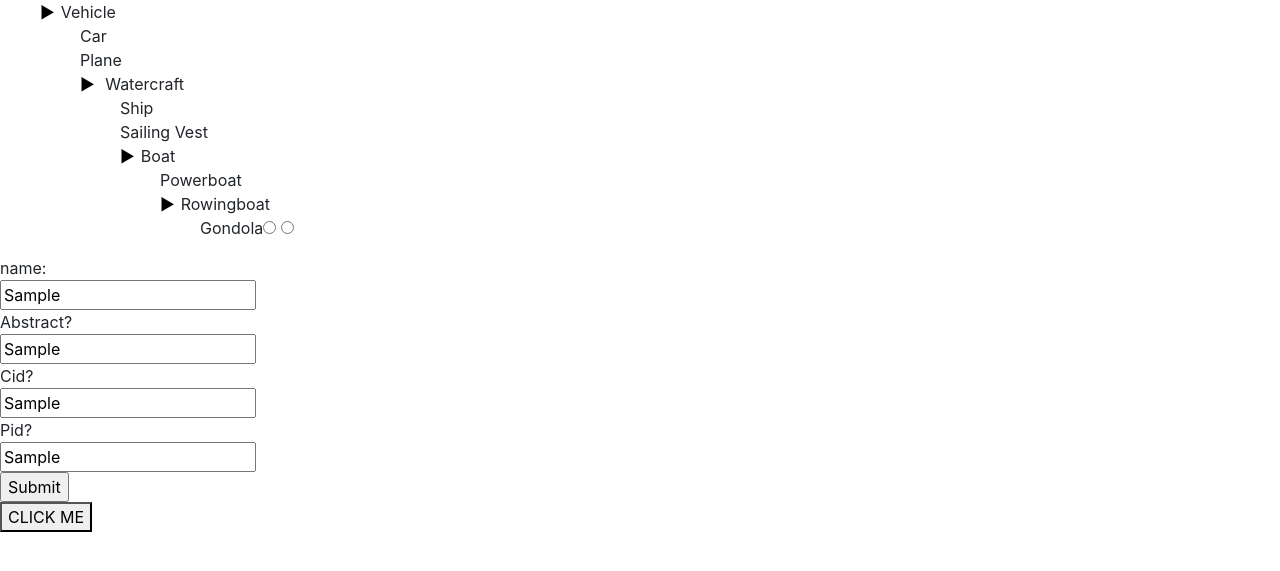
Repository: ked9268/Wonder
Page: http://localhost/cw3_mini_web_project_kjw42/WEB-INF/mainpage.jsp
The author's editor kept a copy of each file at every save. The page is drawn from the files as they stood at one save, then again after the next save.
The browser window is 1280 px wide. The pictures show the whole page.
Empty fields were first filled with sample values (such as "Sample", 5 or name@example.com).
After loading, the first visible `span.caret` was clicked once.
Some web libraries are served in a nearby version. The page is served by Tomcat 9. Nobody is signed in. Other server files are loaded and not shown. The template is opened directly, without the code that normally fills it, so the values that code supplies are empty.

Above is the page before, as saved 2020-01-07 21:38:23.

### workspaceEE/cw3_mini_web_project_kjw42/WebContent/WEB-INF/mainpage.jsp
	<%@ page language="java" contentType="text/html; charset=ISO-8859-1"
    pageEncoding="ISO-8859-1"%>
	<!DOCTYPE html PUBLIC "-//W3C//DTD HTML 4.01 Transitional//EN" "http://www.w3.org/TR/html4/loose.dtd">
<html>
	<head>
		<meta http-equiv="Content-Type" content="text/html; charset=ISO-8859-1">
		<meta charset="utf-8">
    	<meta name="viewport" content="width=device-width, initial-scale=1, shrink-to-fit=no">
		<link rel="stylesheet" href="https://maxcdn.bootstrapcdn.com/bootstrap/4.0.0/css/bootstrap.min.css"
			integrity="sha384-Gn5384xqQ1aoWXA+058RXPxPg6fy4IWvTNh0E263XmFcJlSAwiGgFAW/dAiS6JXm" crossorigin="anonymous">

		<script>
				function load(){
				window.alert("Hello World!");
				var interact = document.getElementById("Gondola");
				interact.remove();
				}
		</script>
			<style>
			.caret {
  				cursor: pointer;
  				user-select: none; /* Prevent text selection */
			}
			.caret::before {
  				content: "\25B6";
 				 color: black;
 				 display: inline-block;
 				 margin-right: 6px;
			}
			ul {
 				 list-style-type: none;
			}
			</style>
				<title>mainpage</title>
	</head>
	<body>
		<ul>
			<li>
			<a class="caret" onClick="load()">Vehicle</a>
				<ul class="nested">
					<li>Car	</li>
					<li>Plane</li>
					<li><span class="caret" onClick="test()"> Watercraft</span>
						<ul class="nested">
							<li>Ship</li>
							<li>Sailing Vest</li>
							<li><span class="caret" onClick="load()">Boat</span>
								<ul class="nested">
									<li>Powerboat</li>
									<li><span class="caret" onClick="load()">Rowingboat</span>
											<ul class="nested">
												<li id="Gondola">Gondola<input type="radio" >&nbsp<input type="radio" > </li>
											</ul>
				 						</li>
									</ul>
								</li>
							</ul>
						</li>
					</ul>
				</li>
			</ul>
		<p id="demo"> </p>

		<form action="../../controllers/extractClassInfo.java">
  				name:<br>
  				<input type="text" name="name"><br>
 			 	Abstract?<br>
  				<input type="text" name="abstract"><br>
  Cid?<br>
  <input type="text" name="cid"><br>
  Pid?<br>
  <input type="text" name="pid"><br>
		  	<input type="submit" value="Submit">
		</form>

		<script src="https://code.jquery.com/jquery-3.2.1.slim.min.js" integrity="sha384-KJ3o2DKtIkvYIK3UENzmM7KCkRr/rE9/Qpg6aAZGJwFDMVNA/GpGFF93hXpG5KkN" crossorigin="anonymous"></script>
		<script src="https://cdnjs.cloudflare.com/ajax/libs/popper.js/1.12.9/umd/popper.min.js" integrity="sha384-ApNbgh9B+Y1QKtv3Rn7W3mgPxhU9K/ScQsAP7hUibX39j7fakFPskvXusvfa0b4Q" crossorigin="anonymous"></script>
		<script src="https://maxcdn.bootstrapcdn.com/bootstrap/4.0.0/js/bootstrap.min.js" integrity="sha384-JZR6Spejh4U02d8jOt6vLEHfe/JQGiRRSQQxSfFWpi1MquVdAyjUar5+76PVCmYl" crossorigin="anonymous"></script>
		<script>
		function test(){

			var btn = document.createElement("button");   // Create a <button> element
			btn.innerHTML = "CLICK ME";                   // Insert text
			document.body.appendChild(btn);
		}
		</script>
	</body>
</html>

After the next save:
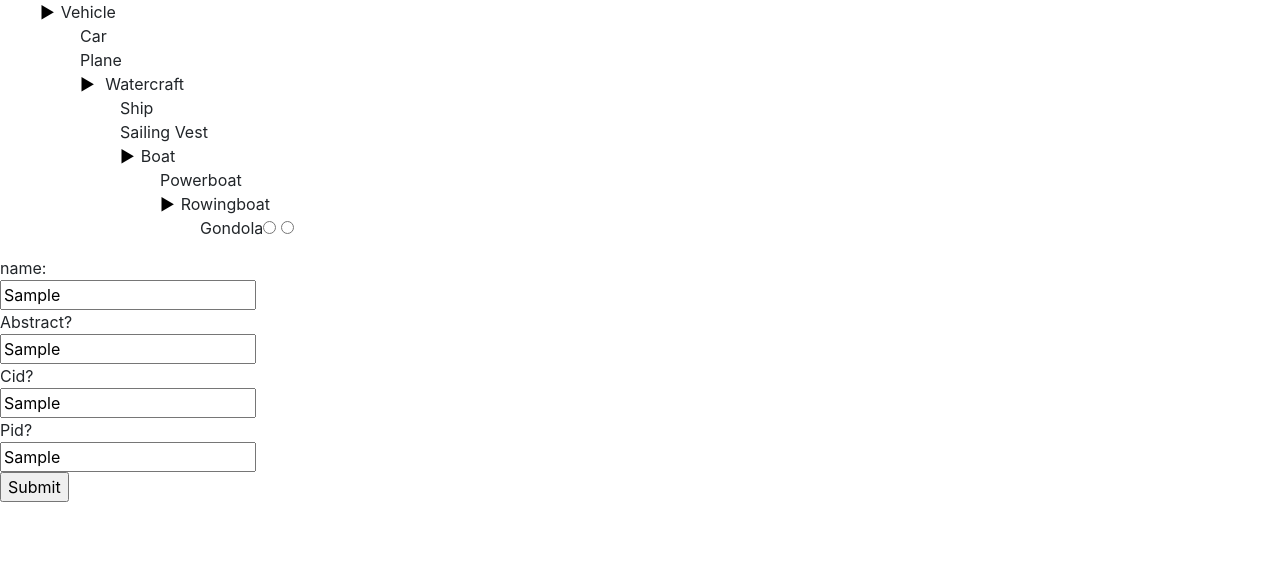
Console error: SyntaxError: Unexpected string
Saved 3 min 23 s later.
--- a/workspaceEE/cw3_mini_web_project_kjw42/WebContent/WEB-INF/mainpage.jsp
+++ b/workspaceEE/cw3_mini_web_project_kjw42/WebContent/WEB-INF/mainpage.jsp
@@ -79,8 +79,7 @@
 		<script>
 		function test(){
 
-			var btn = document.createElement("button");   // Create a <button> element
-			btn.innerHTML = "CLICK ME";                   // Insert text
+			var btn2 "Hello World!";                 // Insert text
 			document.body.appendChild(btn);
 		}
 		</script>

After the 2 saves that followed:
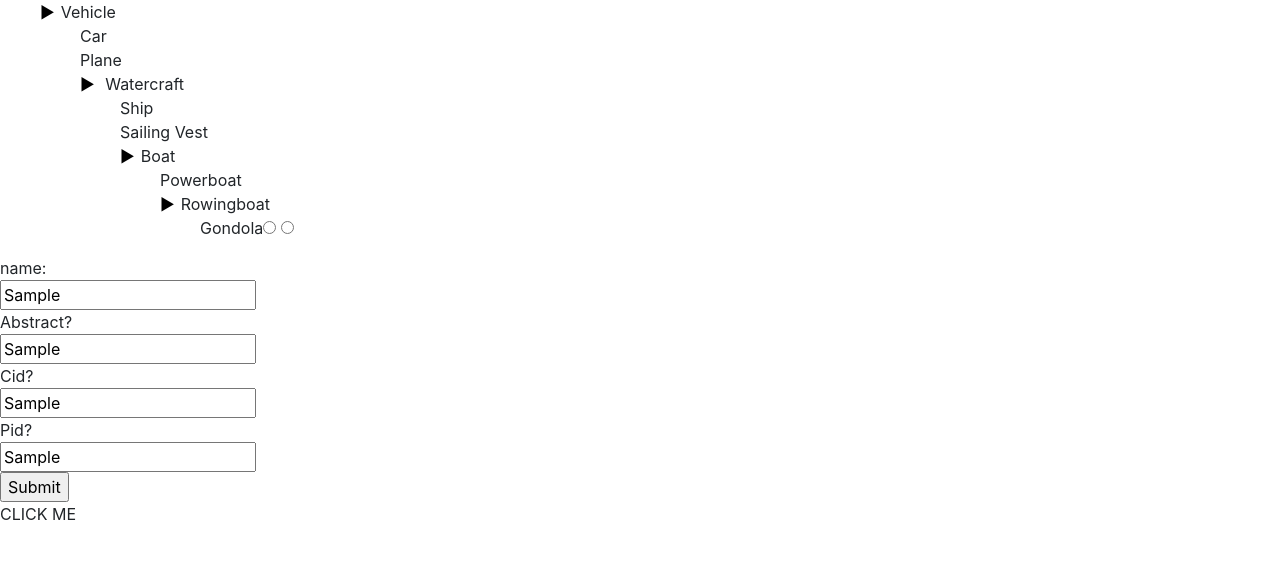
The error is gone.
The 2 saves are shown as one change because 1 left the picture as it was.
The last was saved 103 s later.
--- a/workspaceEE/cw3_mini_web_project_kjw42/WebContent/WEB-INF/mainpage.jsp
+++ b/workspaceEE/cw3_mini_web_project_kjw42/WebContent/WEB-INF/mainpage.jsp
@@ -79,7 +79,8 @@
 		<script>
 		function test(){
 
-			var btn2 "Hello World!";                 // Insert text
+			var btn = document.createElement("P");   // Create a <button> element
+			btn.innerHTML = "CLICK ME";                   // Insert text
 			document.body.appendChild(btn);
 		}
 		</script>
